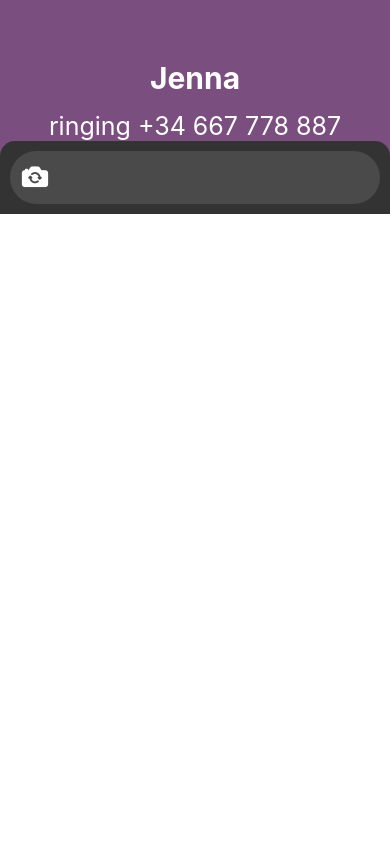
Repository: JennaFi/VideoCallApp
Screen: /
These files come from the project's save history. The screen is drawn as it stood at one moment and after the next save; the edit follows.
The app was drawn by React Native's web renderer in a window 390 px wide. The project was rebuilt for these pictures with package versions that can differ from the ones it lists, and the page was loaded fresh each time.

Above is the screen before, as saved 2022-01-12 00:13:57.

### App.js
/**
 * Sample React Native App
 * https://github.com/facebook/react-native
 *
 * @format
 * @flow strict-local
 */


import React from 'react';
import {
  SafeAreaView, StatusBar
} from 'react-native';
import CallingScreen from './src/screens/CallingScreen/index';




const App = () => {


  return (
    <SafeAreaView >
      <StatusBar barStyle={'dark-content'} />

      {/* <ContactsScreen /> */}
      <CallingScreen />

    </SafeAreaView>
  )
}



export default App

### src/screens/CallingScreen/index.js
import React from 'react'
import { StyleSheet, Text, View } from 'react-native'
import Ionicons from 'react-native-vector-icons/Ionicons'

const CallingScreen = () => {
  return (
    <View style={styles.page}>
      <View style={styles.cameraPreview}>
        <Text style={styles.name}>Jenna</Text>
        <Text style={styles.phoneNumber}>ringing +34 667 778 887</Text>
      </View>
      <View style={styles.buttonsContainer}>
        <View style={styles.iconButton}>
          <Ionicons name='ios-camera-reverse' size={30} color={'white'} />

        </View>

      </View>


    </View>)
}



const styles = StyleSheet.create({
  page: {
    height: '100%',
    backgroundColor: '#7b4e80',

  },
  cameraPreview: {

    flex: 1,
    alignItems: 'center',
    paddingTop: 10,
    paddingHorizontal: 10


  },
  name: {
    fontSize: 30,
    fontWeight: 'bold',
    color: 'white',
    marginTop: 50,
    marginBottom: 15


  },
  phoneNumber: {
    fontSize: 25,
    color: 'white'

  },
  buttonsContainer: {

    backgroundColor: '#333333',
    padding: 10,
    borderTopLeftRadius: 15,
    borderTopRightRadius: 15,


  },
  iconButton: {
    backgroundColor: '#4a4a4a',
    padding: 10,
    borderRadius: 50
  }
})

export default CallingScreen

After the next save:
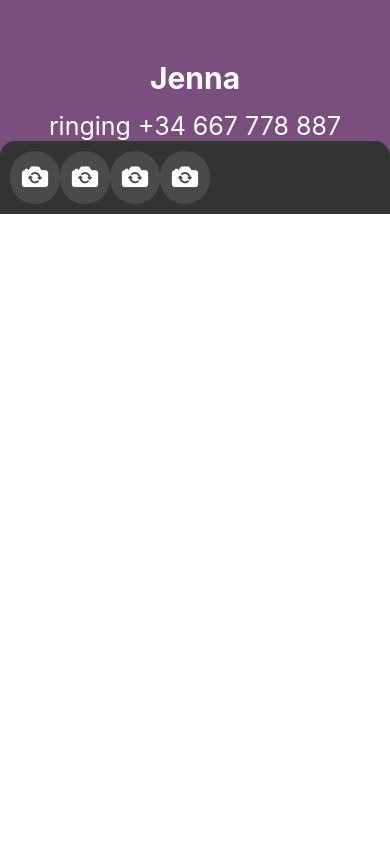
Saved 69 s later.
--- a/src/screens/CallingScreen/index.js
+++ b/src/screens/CallingScreen/index.js
@@ -12,7 +12,18 @@ const CallingScreen = () => {
       <View style={styles.buttonsContainer}>
         <View style={styles.iconButton}>
           <Ionicons name='ios-camera-reverse' size={30} color={'white'} />
+        </View>
 
+        <View style={styles.iconButton}>
+          <Ionicons name='ios-camera-reverse' size={30} color={'white'} />
+        </View>
+
+        <View style={styles.iconButton}>
+          <Ionicons name='ios-camera-reverse' size={30} color={'white'} />
+        </View>
+
+        <View style={styles.iconButton}>
+          <Ionicons name='ios-camera-reverse' size={30} color={'white'} />
         </View>
 
       </View>
@@ -53,7 +64,7 @@ const styles = StyleSheet.create({
 
   },
   buttonsContainer: {
-
+    flexDirection: 'row',
     backgroundColor: '#333333',
     padding: 10,
     borderTopLeftRadius: 15,
